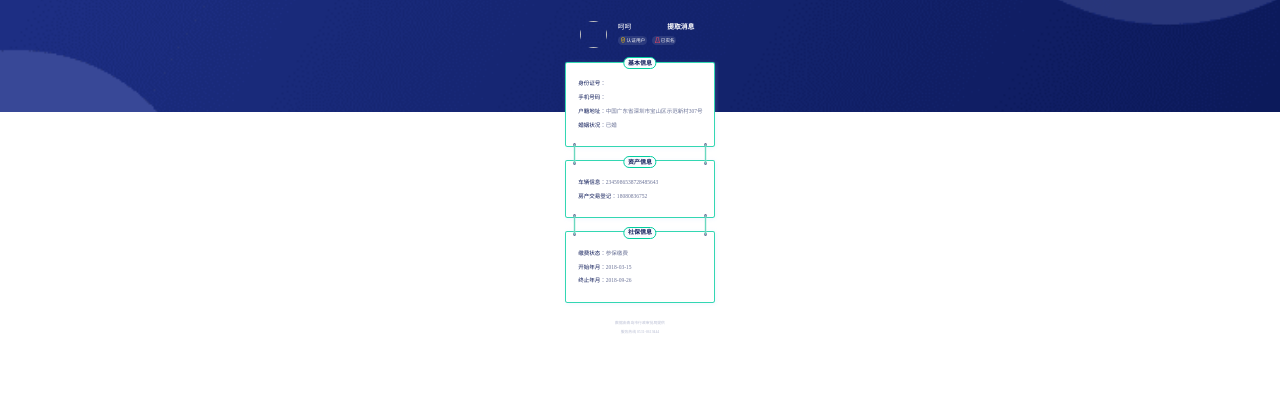
Repository: zlpstart/qingdao-new
Page: /Record
These files come from the project's save history. The page is drawn as it stood at one moment and after a run of saves; the edit follows.
The browser window is 1280 px wide. The pictures show the whole page.
The page's requests for data from a server got no answer. Some web fonts or font styles are not loaded; a fallback is used. The project was rebuilt for these pictures with package versions that can differ from the ones it lists, and the page was loaded fresh each time. No one was signed in, and anything a server would have sent is missing. Also part of the build but not shown: src/components/MySpace.vue, src/components/Home.vue, src/components/Enterprise.vue, src/components/Opinion.vue, src/components/Opinion2.vue, src/components/Car.vue, src/components/House.vue, src/components/License.vue and 5 more.

Above is the page before, as saved 2019-09-22 16:12:55.

### public/index.html
<!DOCTYPE html>
<html lang="en">
  <head>
    <meta charset="utf-8">
    <meta http-equiv="X-UA-Compatible" content="IE=edge">
    <meta name="viewport" content="width=device-width,initial-scale=1.0">
    <link rel="icon" href="<%= BASE_URL %>favicon.ico">
    <title></title>
  </head>
  <body>
    <noscript>
      <strong>We're sorry but zlp doesn't work properly without JavaScript enabled. Please enable it to continue.</strong>
    </noscript>
    <div id="app"></div>
    <!-- built files will be auto injected -->
  </body>
</html>

### src/main.js
import Vue from 'vue'
import './plugins/axios'
import App from './App.vue'
import 'lib-flexible'
import router from './router'
import axios from 'axios'


//vuex
import vuex from 'vuex'
Vue.use(vuex)



import 'babel-polyfill'
import Es6Promise from 'es6-promise'
import store from './store'
require('es6-promise').polyfill()
Es6Promise.polyfill()

Vue.config.productionTip = false
Vue.prototype.$ajax = axios


// import VueWechatTitle from 'vue-wechat-title'
// Vue.use(VueWechatTitle)


// 根据路由设置标题
router.beforeEach((to, from, next) => {
  /*路由发生改变修改页面的title */
  if(to.meta.title) {
    document.title = to.meta.title
  }
  next();
})


new Vue({
  router,
  store,
  render: h => h(App)
}).$mount('#app')

### src/App.vue
<template>
  <div id="app">
    <router-view></router-view>
  </div>
</template>

<script>
export default {
  data(){
    return {

    }
  },
}
</script>


<style>
* {
  padding: 0;
  margin:0;
}
  @font-face {
    font-family:'avenir';
    src:url('./assets/NotoSansHans-Medium.otf')
  }
  h1,h2,h3,h4,h5,h6,span,b,i,li,p {
    font-family: avenir
  }
</style>

### src/router.js
import Vue from 'vue'
import Router from 'vue-router'
import MySpace from './components/MySpace'
import Home from './components/Home'
import Enterprise from './components/Enterprise'
import Opinion from './components/Opinion'
import Opinion2 from './components/Opinion2'
import Record from './components/Record'
import Car from './components/Car'
import House from './components/House'
import License from './components/License'
import License2 from './components/License2'
import Footprint from './components/Footprint'
import Record2 from './components/Record2'
import Footprint2 from './components/Footprint2'
import NotFound from './components/NotFound'


Vue.use(Router)

export default new Router({
  mode: 'history',
  routes: [
    {
      path: '/',
      name: 'MySpace',
      component:MySpace,
      meta:{title:'青岛政务通'}
    },
    {
      path: '/Home',
      name: 'Home',
      component:Home,
      meta:{title:'导航栏'}
    },
    {
      path: '/Opinion',
      name: 'Opinion',
      component:Opinion,
      meta:{title:'意见反馈'}
    },
    {
      path: '/Enterprise',
      name: 'Enterprise',
      component:Enterprise,
      meta:{title:'企业空间'}
    },
    {
      path: '/Opinion2',
      name: 'Opinion2',
      component:Opinion2,
      meta:{title:'企业意见反馈'}
    },
    {
      path: '/Record',
      name: 'Record',
      component:Record,
      meta:{title:'我的档案'}
    },
    {
      path: '/Car',
      name: 'Car',
      component:Car,
      meta:{title:'车辆登记信息'}
    },
    {
      path: '/House',
      name: 'House',
      component:House,
      meta:{title:'房屋登记信息'}
    },
    {
      path: '/License',
      name: 'License',
      component:License,
      meta:{title:'我的证照'}
    },
    {
      path: '/Footprint',
      name: 'Footprint',
      component:Footprint,
      meta:{title:'我的足迹'}
    },
    {
      path: '/Record2',
      name: 'Record2',
      component:Record2,
      meta:{title:'企业档案'}
    },
    {
      path: '/Footprint2',
      name: 'Footprint2',
      component:Footprint2,
      meta:{title:'企业足迹'}
    },
    {
      path: '/License2',
      name: 'License2',
      component:License2,
      meta:{title:'企业证照'}
    },
    { /* 404必须是最后一个路由 */
      name: '404',
      path: '*',
      meta: {
          title: '找不到页面'
      },
      component: NotFound
  }
  ]
})

### src/store/index.js
import Vue from 'vue'
import Vuex from 'vuex'
import user from './modules/user'

Vue.use(Vuex)

export default new Vuex.Store({
    modules:{
        user
    }
})

### src/components/Record.vue
<template>
  <div>
    <!-- 个人档案 -->
    <div class="Record" v-if="!show">
      <TopBar></TopBar>
      <div class="header">
        <div class="header_wrap">
          <div class="header_left">
            <img :src="allUser.imgAddr" />
          </div>
          <div class="header_right">
            <div class="header_right_p">
              <p>{{allUser.realName}}</p>
            </div>
            <div class="header_right_span">
              <span>
                <img src="../assets/认证.png" alt />
                认证用户
              </span>
              <span>
                <img src="../assets/实名.png" alt />
                已实名
              </span>
            </div>
          </div>
        </div>
      </div>
      <div class="Record_content_box">
        <div class="legal_content">
          <div class="legal_title">
            <h1>基本信息</h1>
          </div>
          <ul>
            <li>
              <b>身份证号：</b>
              {{allUser.idCode}}
            </li>
            <li>
              <b>手机号码：</b>
              {{allUser.mobile}}
            </li>
            <li>
              <b>户籍地址：</b>中国广东省深圳市宝山区示范新村307号
            </li>
            <li>
              <b>婚姻状况：</b>已婚
            </li>
          </ul>
        </div>
        <div class="legal_content">
          <div class="decorate">
            <div class="decorate_left"></div>
            <div class="decorate_right"></div>
          </div>
          <div class="legal_title">
            <h1>资产信息</h1>
          </div>
          <ul>
            <li>
              <b>车辆信息：</b>2345986538728485643
            </li>
            <li>
              <b>房产交易登记：</b>18080836752
            </li>
          </ul>
        </div>
        <div class="legal_content">
          <div class="decorate">
            <div class="decorate_left"></div>
            <div class="decorate_right"></div>
          </div>
          <div class="legal_title">
            <h1>社保信息</h1>
          </div>
          <ul>
            <li>
              <b>缴费状态：</b>参保缴费
            </li>
            <li>
              <b>开始年月：</b>2018-03-15
            </li>
            <li>
              <b>终止年月：</b>2018-09-26
            </li>
          </ul>
        </div>
        <div class="kong"></div>
        <div class="bottom">
          <span></span>
          <p>数据由青岛市行政审批局提供</p>
          <span></span>
          <p>服务热线 0531-8619444</p>
        </div>
      </div>
    </div>

    <!-- 企业档案 -->
    <div class="Record" v-if="show">
      <TopBar></TopBar>
      <div class="header">
        <div class="header_wrap">
          <div class="header_left">
            <img :src="allUser.imgAddr" />
          </div>
          <div class="header_right">
            <div class="header_right_p">
              <p>{{allUser.realName}}呵呵</p>
              <p @click="extract">提取消息</p>
            </div>
            <div class="header_right_span">
              <span>
                <img src="../assets/认证.png" alt />
                认证用户
              </span>
              <span>
                <img src="../assets/实名.png" alt />
                已实名
              </span>
            </div>
          </div>
        </div>
      </div>
      <div class="Record_content_box">
        <div :class="{legal_content:changeClass,legal2_content:changeStyle}">
          <div class="legal_title">
            <h1>基本信息</h1>
          </div>
          <ul v-if="tiqu">
            <li>
              <b>身份证号：</b>
              {{allUser.idCode}}
            </li>
            <li>
              <b>手机号码：</b>
              {{allUser.mobile}}
            </li>
            <li>
              <b>户籍地址：</b>中国广东省深圳市宝山区示范新村307号
            </li>
            <li>
              <b>婚姻状况：</b>已婚
            </li>
          </ul>
          <div class="checkbox" v-if="changeStyle">
            <input type="checkbox" />
          </div>
        </div>
        <div :class="{legal_content:changeClass,legal2_content:changeStyle}">
          <div class="decorate">
            <div class="decorate_left"></div>
            <div class="decorate_right"></div>
          </div>
          <div class="legal_title">
            <h1>资产信息</h1>
          </div>
          <ul v-if="tiqu">
            <li>
              <b>车辆信息：</b>2345986538728485643
            </li>
            <li>
              <b>房产交易登记：</b>18080836752
            </li>
          </ul>
          <div class="checkbox" v-if="changeStyle">
            <input type="checkbox" />
          </div>
        </div>
        <div :class="{legal_content:changeClass,legal2_content:changeStyle}">
          <div class="decorate">
            <div class="decorate_left"></div>
            <div class="decorate_right"></div>
          </div>
          <div class="legal_title">
            <h1>社保信息</h1>
          </div>
          <ul v-if="tiqu">
            <li>
              <b>缴费状态：</b>参保缴费
            </li>
            <li>
              <b>开始年月：</b>2018-03-15
            </li>
            <li>
              <b>终止年月：</b>2018-09-26
            </li>
          </ul>
          <div class="checkbox" v-if="changeStyle">
            <input type="checkbox" />
          </div>
        </div>
        <div class="kong"></div>
        <div class="bottom" v-if="changeClass">
          <span></span>
          <p>数据由青岛市行政审批局提供</p>
          <span></span>
          <p>服务热线 0531-8619444</p>
        </div>
      </div>
    </div>
  </div>
</template>

<script>
import TopBar from "./TopBar";
import { mapGetters, mapActions } from "vuex";

export default {
  name: "Record",
  data() {
    return {
      tiqu: true,
      //正常样式
      changeClass: true,
      //点击样式
      changeStyle: false
    };
  },
  components: {
    TopBar
  },
  methods: {
    to() {
      this.$router.go(0);
    },
    ...mapActions(["getUsers"]),
    extract() {
      // if (this.tiqu == true) {
      //     this.tiqu = false
      // }else {
      //     this.tiqu = true;
      // }
      // var legal = document.getElementsByClassName("legal_title");
      // var content = document.getElementsByClassName("legal_content");
      // var decorate = document.getElementsByClassName("decorate")
      // for(var i = 0 ; i < legal.length; i ++){
      //     if (legal[i].style.top < 1) {
      //         legal[i].style.top="1.3867rem"
      //         legal[i].style.transition = "all 1s"
      //         content[i].style.width = '7.5067rem'
      //         legal[i].style.width = "all 1s"
      //         content[i].style.left = ' -0.5667rem'
      //         legal[i].style.left = "all 1s"
      //         decorate[i].style.width = '7.4267rem'
      //         legal[i].style.width = "all 1s"
      //     }else if(legal[i].style.top > 1){
      //         legal[i].style.top="0.3867rem"
      //          content[i].style.width = 'none'
      //         content[i].style.transition = 'all 1s'
      //     }
      // }
      // console.log(legal[i].style.top)

      this.changeClass = !this.changeClass;
      this.changeStyle = !this.changeStyle;
      this.tiqu = !this.tiqu;
      console.log(this.changeClass);
    }
  },
  created() {
    this.getUsers();
  },
  computed: {
    ...mapGetters(["allUser", "show"])
  }
};
</script>

<style scoped>
* {
  padding: 0;
  margin: 0;
}
ul {
  list-style: none;
}
a {
  text-decoration: none;
}
body {
  background: #f7faff;
}
.logo {
  width: 100%;
  height: 0.3733rem;
  position: absolute;
  top: 1.0133rem;
}
.logo_left p {
  float: left;
}
.logo_left p:nth-child(1) {
  margin-left: 0.3867rem;
}
.logo_left p:nth-child(2) {
  margin-left: 0.32rem;
}
.logo_left img {
  width: 0.4rem;
  height: 0.4rem;
}
.logo a {
  color: white;
}
.logo_title {
  width: 4.6333rem;
  margin: 0 auto;
  text-align: center;
}
.logo_title p {
  font-size: 0.4rem;
  font-weight: 500;
  color: rgba(255, 255, 255, 1);
}
.header {
  width: 100%;
  height: 1.7067rem;
  position: absolute;
  top: 1.32rem;
}
.header_wrap {
  width: 7.48rem;
  margin: 0 auto;
  padding: 0 0.72rem;
}
.header_left {
  width: 1.7067rem;
  height: 1.7067rem;
  float: left;
  border-radius: 1.7067rem;
  overflow: hidden;
}
.header_left img {
  width: 1.7067rem;
  height: 1.7067rem;
  background-size: 100%;
  overflow: hidden;
}
.header_right {
  width: 2.9rem;
  height: 1.3333rem;
  float: left;
  margin-left: 0.64rem;
}
.header_right_p {
  width: 5.6667rem;
  height: 0.7rem;
}
.header_right_p p {
  font-size: 0.4267rem;
  font-weight: 500;
  color: rgba(255, 255, 255, 1);
  float: left;
}
.header_right_span {
  width: 5.2667rem;
  margin-top: 0.2267rem;
  height: 0.5867rem;
}
.header_right_span img {
  width: 0.2933rem;
  height: 0.3333rem;
  margin-left: 0.0933rem;
}
.header_right_span span {
  padding: 0.0933rem 0.0933rem 0.0933rem 0.0933rem;
  border-radius: 0.32rem;
  background: rgba(255, 255, 255, 0.1);
  float: left;
  margin-left: 0.32rem;
  font-size: 0.2933rem;
  font-weight: 500;
  color: rgba(255, 255, 255, 1);
}
.header_right_span span:nth-child(1) {
  margin-left: 0;
}

.header_right_p p:nth-child(2) {
  width: 1.8533rem;
  font-size: 0.4267rem;
  font-family: PingFangSC;
  font-weight: 600;
  color: rgba(255, 255, 255, 1);
  float: left;
  margin-left: 2.24rem;
}

.decorate {
  width: 8.4267rem;
  padding: 0 0.4267rem;
  position: absolute;
  top: -1.16rem;
  left: 0;
}
.checkbox {
  position: absolute;
  right: -0.7667rem;
}
/* .checkbox input[type = 'checkbox'] {
    width: 30px;
    height: 30px;
    border-radius: 30px;
    background: red
} */
.checkbox input[type="checkbox"] {
  width: 20px;
  height: 20px;
  border: 1px solid #000;
  border-radius: 50%;
}
.decorate img {
  width: 100%;
  height: 100%;
}
.decorate_left {
  width: 0.24rem;
  background: url("../assets/连接.png") no-repeat center center;
  background-size: 100%;
  height: 1.36rem;
  float: left;
}
.decorate_right {
  width: 0.24rem;
  background: url("../assets/连接.png") no-repeat center center;
  height: 1.36rem;
  background-size: 100%;
  float: right;
}

.Record_content_box {
  width: 100%;
  position: absolute;
  top: 3.0267rem;
  left: 50%;
  transform: translate(-50%);
}
.kong {
  width: 100%;
  height: 1rem;
}
.bottom {
  width: 100%;
  height: 1.3333rem;
  line-height: 0.5667rem;
  text-align: center;
}
.bottom p {
  font-size: 0.24rem;
  font-weight: 400;
  color: #babfd4;
}
/* 更改前 */
.legal_content ul li {
  font-size: 0.3467rem;
  font-weight: 400;
  color: #6c7498;
}
.legal_content ul li b {
  font-size: 0.3467rem;
  font-weight: 400;
  color: rgba(11, 24, 86, 1);
}
.legal_content:nth-child(1).decorate {
  display: none;
}
.legal_content {
  width: 8.5067rem;
  background: rgba(255, 255, 255, 1);
  box-shadow: 0.0533rem 0.0533rem 0.2667rem 0rem rgba(173, 206, 255, 0.2);
  border-radius: 0.1333rem;
  border: 0.0133rem solid rgba(0, 206, 159, 0.8);
  margin: 0 auto;
  margin-top: 0.8267rem;
  position: relative;
  padding: 1.0133rem 0 1.0933rem 0.7733rem;
}
.legal_content li:nth-child(1) {
  margin-top: 0;
}
.legal_content li b {
  font-size: 0.3467rem;
  font-weight: 400;
  color: #0b1856;
}
.legal_content li {
  font-size: 0.3467rem;
  font-weight: 400;
  margin-top: 0.3733rem;
  color: rgba(11, 24, 86, 1);
}
.legal_title {
  padding: 0.1033rem 0.2333rem;
  height: 0.42rem;
  background: rgba(250, 252, 255, 1);
  border-radius: 0.36rem;
  border: 0.0267rem solid rgba(0, 206, 159, 1);
  margin: 0 auto;
  line-height: 0.42rem;
  text-align: center;
  position: absolute;
  top: 0.3867rem;
  left: 50%;
  margin-top: -0.36rem;
  transform: translate(-50%, -50%);
  transition: 1s all;
}
.legal_title h1 {
  font-size: 0.3733rem;
  font-family: PingFangSC-Medium;
  color: rgba(11, 24, 86, 1);
}
/* 更改后 */

.legal2_content ul li {
  font-size: 0.3467rem;
  font-weight: 400;
  color: #6c7498;
}
.legal2_content ul li b {
  font-size: 0.3467rem;
  font-weight: 400;
  color: rgba(11, 24, 86, 1);
}
.legal2_content:nth-child(1).decorate {
  display: none;
}
.legal2_content {
  width: 7.5067rem;
  background: rgba(255, 255, 255, 1);
  box-shadow: 0.0533rem 0.0533rem 0.2667rem 0rem rgba(173, 206, 255, 0.2);
  border-radius: 0.1333rem;
  border: 0.0133rem solid rgba(0, 206, 159, 0.8);
  margin: 0 auto;
  transition: 1s all;
  left: -0.5667rem;
  margin-top: 0.8267rem;
  position: relative;
  padding: 1.0133rem 0 1.0933rem 0.7733rem;
}
.legal2_content li:nth-child(1) {
  margin-top: 0;
}
.legal2_content li b {
  font-size: 0.3467rem;
  font-weight: 400;
  color: #0b1856;
}
.legal2_content li {
  font-size: 0.3467rem;
  font-weight: 400;
  margin-top: 0.3733rem;
  color: rgba(11, 24, 86, 1);
}
.legal2_content .legal_title h1 {
  font-size: 0.3733rem;
  font-family: PingFangSC-Medium;
  color: rgba(11, 24, 86, 1);
}
.legal2_content .legal_title {
  padding: 0.1033rem 0.2333rem;
  height: 0.42rem;
  background: rgba(250, 252, 255, 1);
  border-radius: 0.36rem;
  border: 0.0267rem solid rgba(0, 206, 159, 1);
  margin: 0 auto;
  line-height: 0.42rem;
  text-align: center;
  position: absolute;
  top: 1.3867rem;
  left: 50%;
  transition: 1s all;
  margin-top: -0.36rem;
  transform: translate(-50%, -50%);
}
.legal2_content .decorate {
  width: 7.4267rem;
}
.footer {
  width: 100%;
  height: 1.8667rem;
  background: gray;
}
</style>

### src/store/modules/user.js
import axios from 'axios'

const state ={
    user:[],
    code:"",
    boy:require("../../assets/boy.png"),
    gril:require("../../assets/gril.png"),
    corporation:require("../../assets/corporation.png"),
    show:true
}

const getters = {
    allUser: state => state.user,
    userImg: state => state.img,
    boy: state => state.boy,
    gril: state => state.gril,
    show:state => state.show
}

const mutations = {
    // 更改user信息方法
    setUsers:(state,users) => (state.user = users),
    //获取用户code
    getCode:(state) => {
        let URL = window.location.href  // 获取到当前url
        var b = ""      //准备获取code
        if(URL.indexOf("=")>-1){ //判断url里最后一个=的位置 是否大于0
            b = URL.substring(URL.indexOf("=")+1,URL.length-16)  // 如果大于0 则截取URL的=后字符串
            window.localStorage.setItem("code",b)   //将URL的code 存入localStorage
        }
        state.code = window.localStorage.getItem("code")      //获取到localStorage 里的的code 并存入code变量
    },
}

const actions = {
     async getUsers({commit,state}){
        await commit("getCode")
        axios.get("http://120.55.60.206:18082/api/getUserInfo?code="+state.code) //请求接口
        .then(res => {
            // console.log("成功请求",res)
            res.data.category = 0
            if(res.data.category == 13){
                state.show = true
                // console.log(state.show)
                window.open("/")
                axios.get("http://120.55.60.206:18082/api/getNormalUserDetailInfo?code="+state.code)
                .then(i => {
                    // console.log(i.data)
                    if(i.data.imgAddr == ""){       //判断用户是否上传头像
                        if(i.data.gender == 0){     //判断用户是否是男人
                            i.data.imgAddr = state.boy    //把接口数据的空值 改成本地男生图片路径
                            // console.log(i.data.imgAddr)
                        }else{                      //判断用户是否是女人
                            i.data.imgAddr = state.gril   //把接口数据的空值 改成本地女生图片路径
                            // console.log(i.data.imgAddr)
                        }
                    }
                    commit("setUsers",i.data)
                })
                .catch(j => console.log(j))
            }else {
                state.show = false
                // console.log(state.show)
                window.open("/Enterprise")
                axios.get("http://120.55.60.206:18082/api/getNormalUserDetailInfo?code="+state.code)
                .then(a => {
                    // console.log(a.data)
                    if(a.data.imgAddr == ""){
                        a.data.imgAddr = state.corporation
                    }
                    commit("setUsers",a.data)
                })
                // .catch(b => console.log(b))
            }
            commit("setUsers",res.data)
        })
    }
}

export default {
    state,
    getters,
    mutations,
    actions
}

### src/components/TopBar.vue
<template>
    <div class="TopBar">

    </div>
</template>

<script>
export default {
    name:"TopBar",
    data(){
        return {

        }
    },
    methods:{

    },
}
</script>

<style scoped>
* {
    padding: 0;
    margin: 0;
}
ul {
    list-style: none;
}
a {
    text-decoration: none;
}
body {
    background: #F7FAFF;
}
.TopBar {
    width: 100%;
    height: 7.0267rem;
    background: url("../assets/topbackground.png")no-repeat center center;
    background-size:100%;
}

</style>

Loaded but not shown: src/plugins/axios.js (common file)

After the next 2 saves:
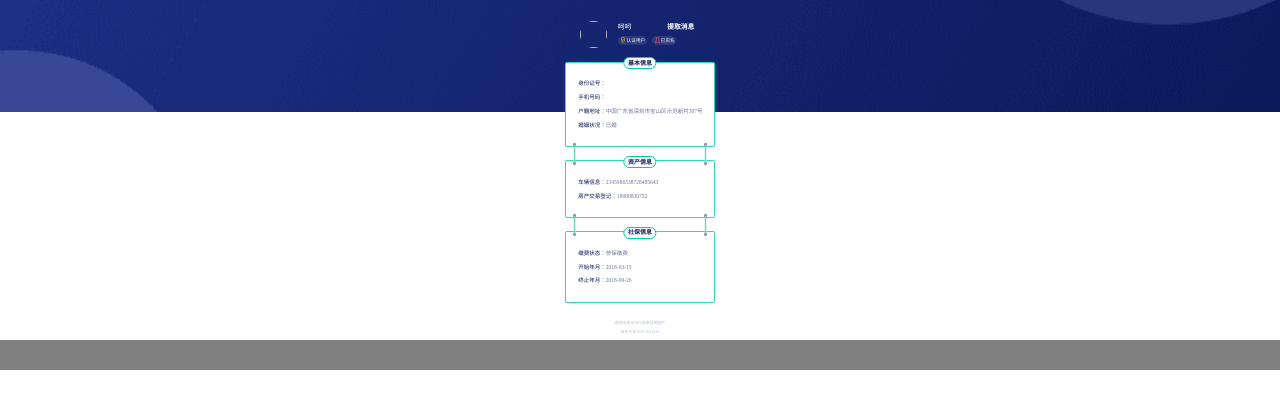
The 2 saves are shown as one change because they came seconds apart.
The last was saved 13 s later.
--- a/src/components/Record.vue
+++ b/src/components/Record.vue
@@ -194,6 +194,12 @@
           <p>数据由青岛市行政审批局提供</p>
           <span></span>
           <p>服务热线 0531-8619444</p>
+        </div>
+        <div class="footer">
+          <div class="footer_btn1"></div>
+          <div class="footer_btn2"></div>
+          <div class="footer_btn3"></div>
+          <div class="footer_btn4"></div>
         </div>
       </div>
     </div>
